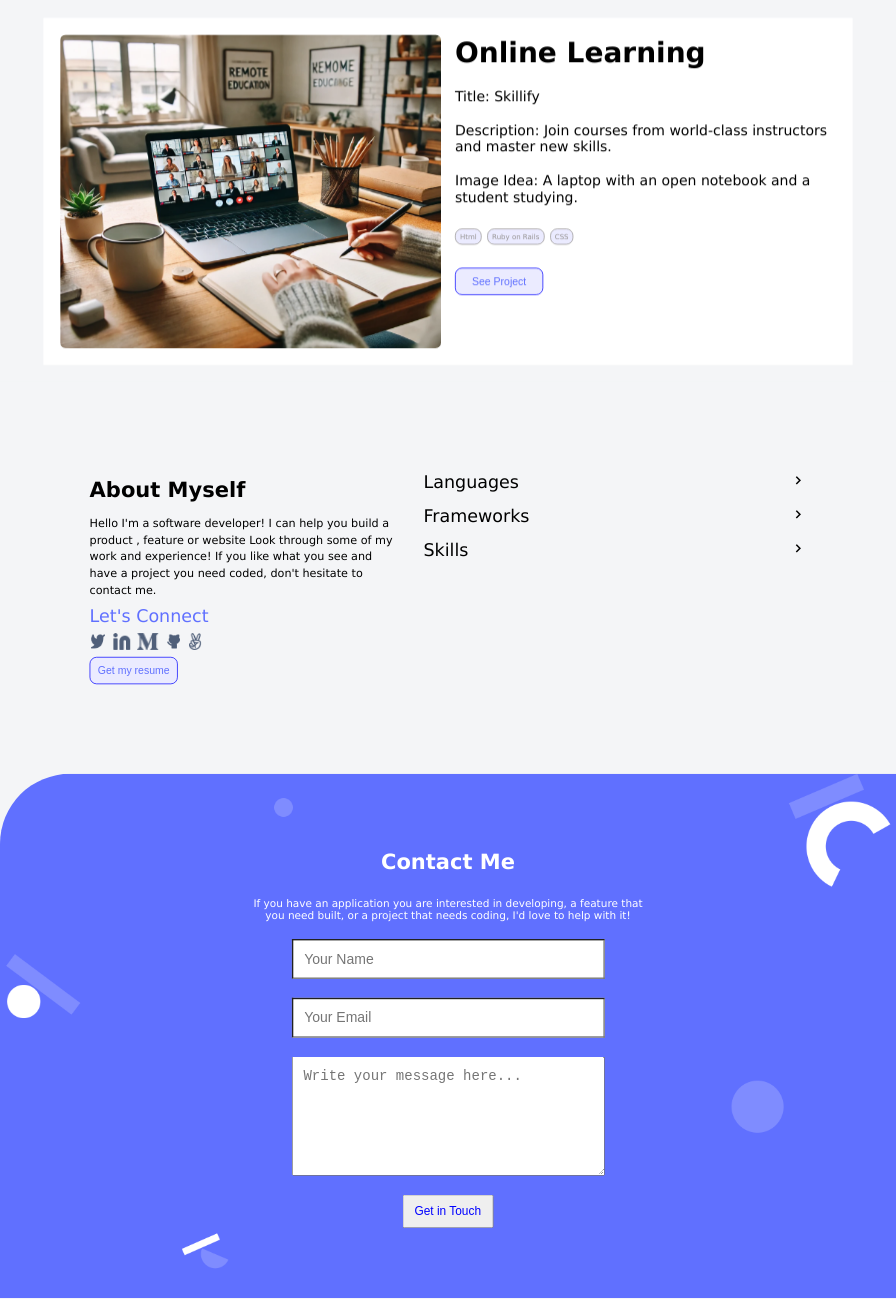
Repository: usman3123/portfolio-template-3
Page: index.html
The author's editor kept a copy of each file at every save. The page is drawn from the files as they stood at one save, then again after the next save.
The browser window is 1280 px wide. The pictures show the part of the page from y = 2758 to 4678 px (the page is 4613 px tall before and 4678 px after), at 70% of full size.
Some web libraries are served in a nearby version.

Above is the page before, as saved 2025-02-20 13:44:05.

After the next save:
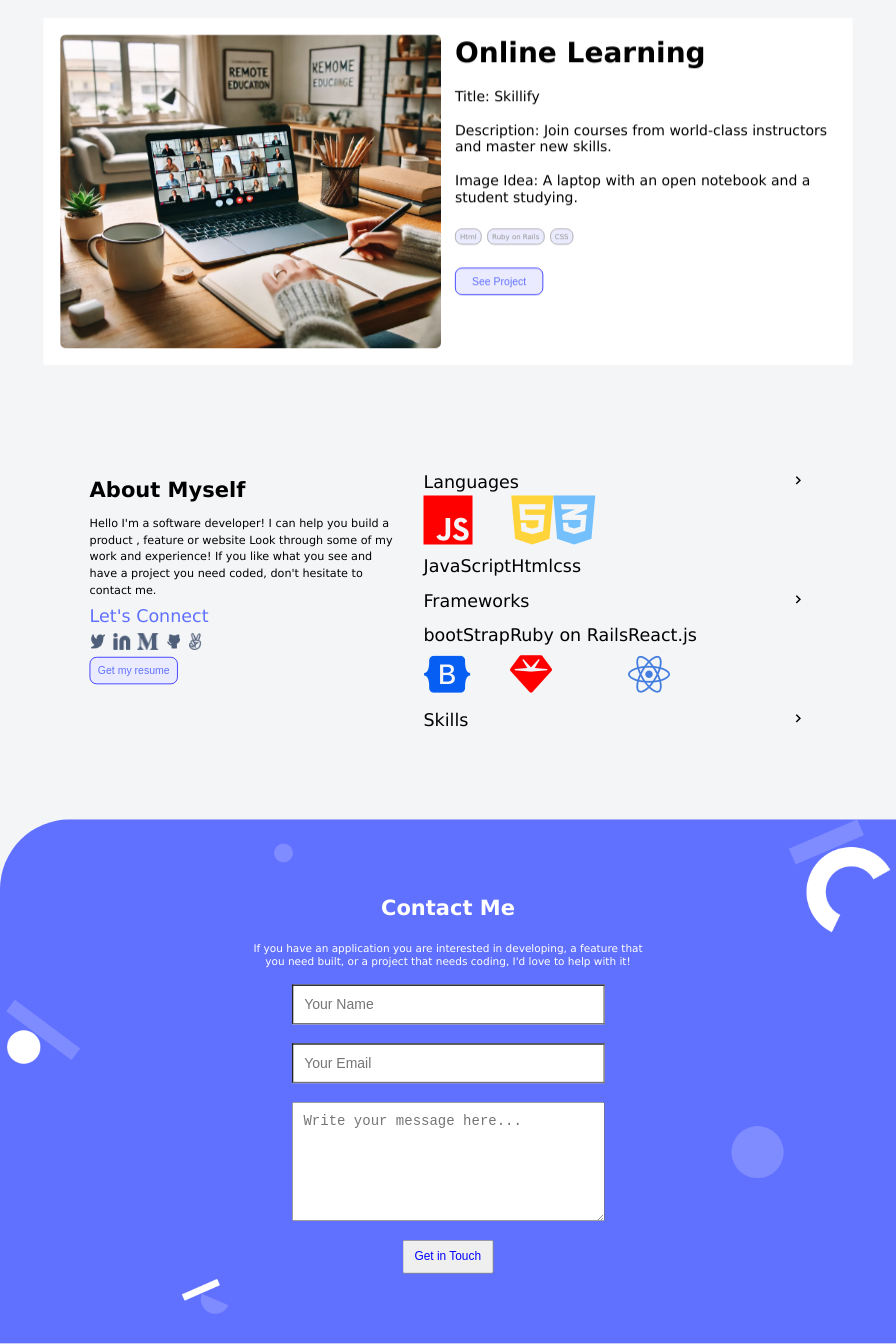
Saved 4 min 21 s later.
--- a/style.css
+++ b/style.css
@@ -291,11 +291,15 @@ bottom: 2500px;
     justify-content: space-between;
     font-size: 25px;
 }
-.about-lang {
+.about-lang-languages {
     gap: 20px;
     padding: 12px;
     display: none;
-    flex-direction: column;
+}
+.about-lang-frameworks {
+    gap: 20px;
+    padding: 12px;
+    display: none;
 }
 .about-lang-img {
     flex-direction: column;

After the save that followed:
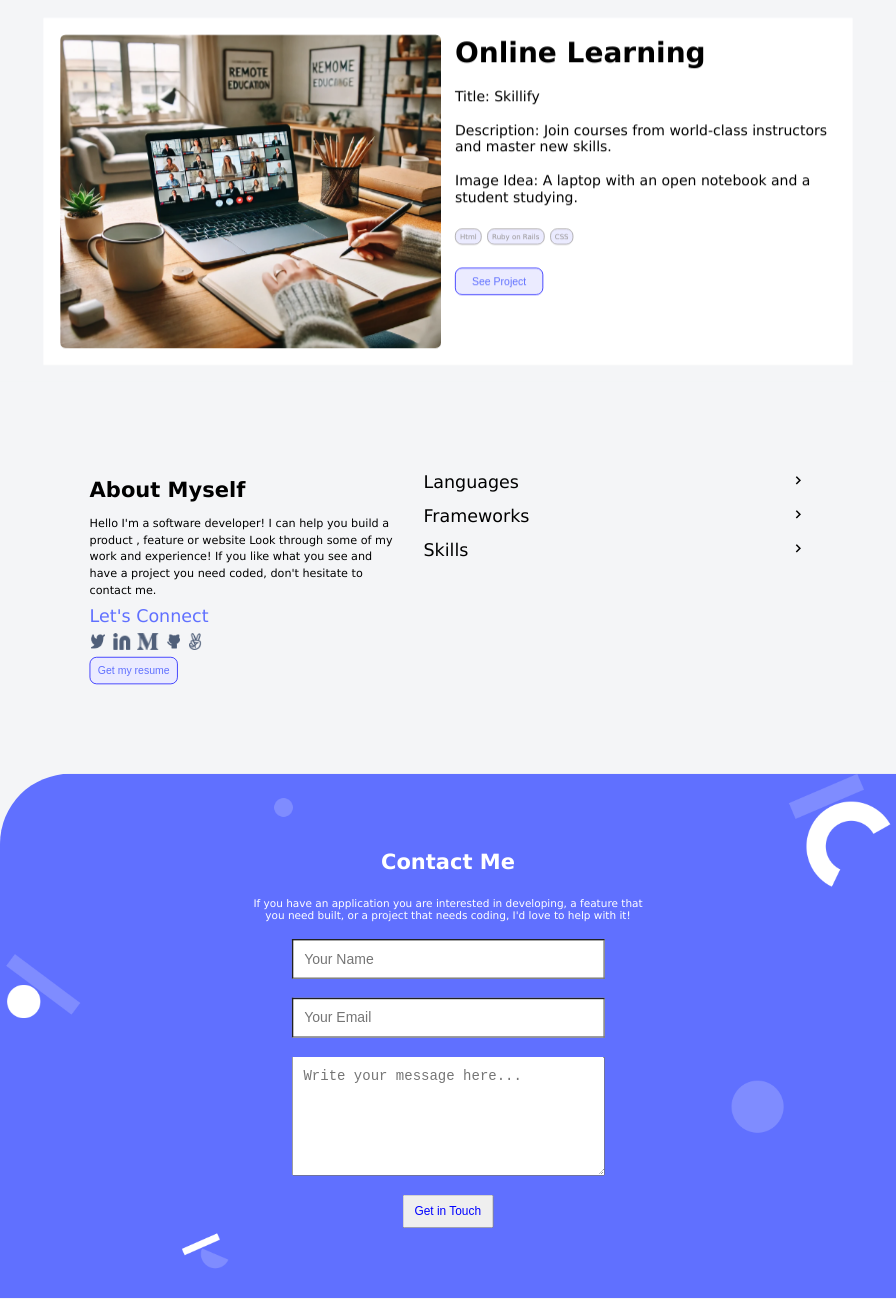
Saved 62 s later.
--- a/index.html
+++ b/index.html
@@ -90,7 +90,7 @@
               <i class='bx bx-chevron-down remove downicon'></i>
               <i class='bx bx-chevron-right  language-icon'></i>
             </div>
-            <div class="about-lang flex">
+            <div class="about-lang-languages flex">
               <div class="about-lang-img flex">
                 <i class="fa-brands fa-js sty-i" style="color: #ff0000;"></i>
                 <p>JavaScript</p>
@@ -111,7 +111,7 @@
             <i class='bx bx-chevron-down remove downicon'></i>
             <i class='bx bx-chevron-right  language-icon'></i>
           </div>
-          <div class="about-lang flex">
+          <div class="about-lang-frameworks flex">
             <div class="about-lang-img flex">
               <p>bootStrap</p>
               <i class="fa-brands fa-bootstrap icon-style" style="color: #075ef2;"></i>
